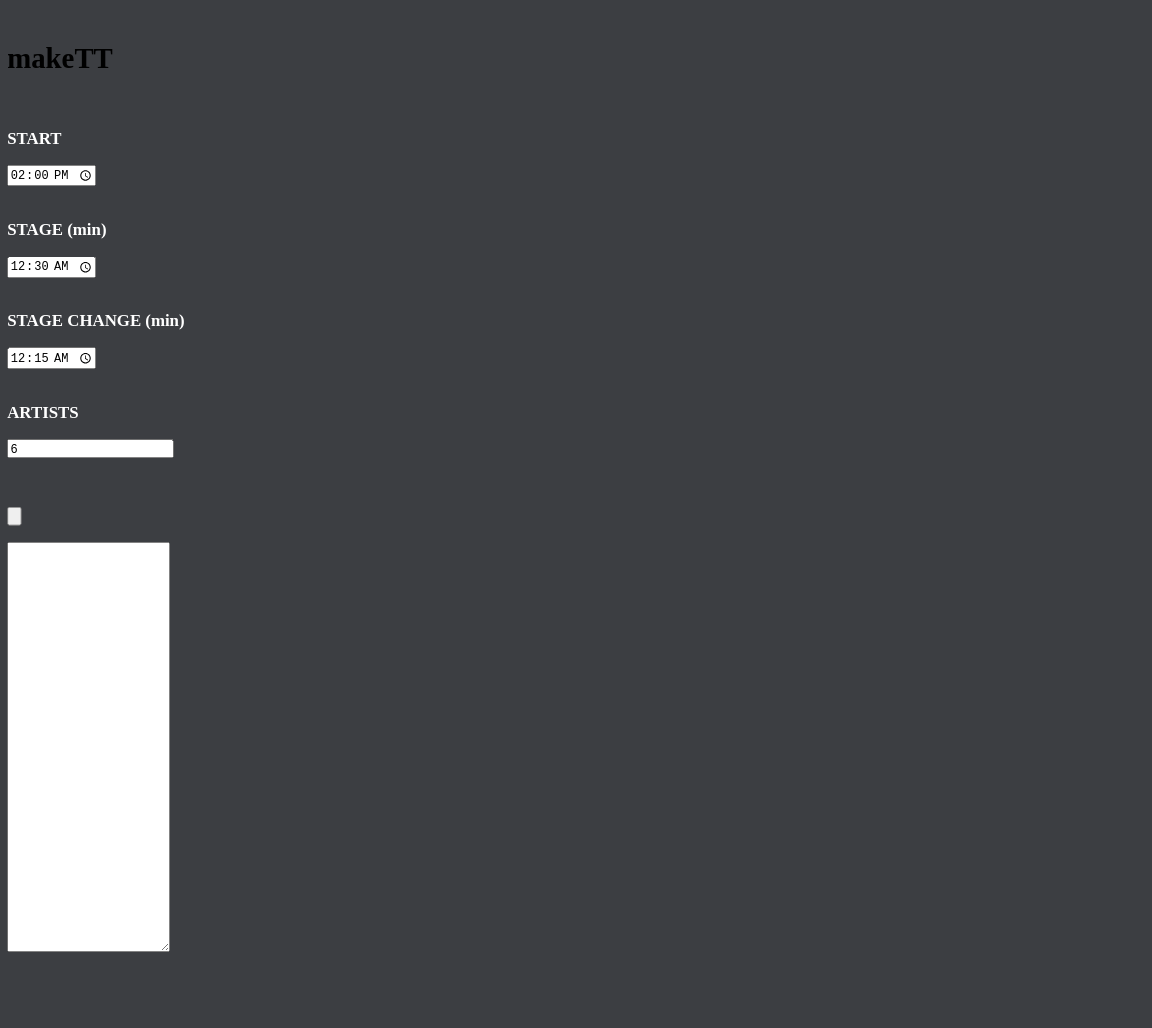
Repository: llll-7/makeTT
Page: index.html
The author's editor kept a record of every edit. The page is drawn from the files as they stood at one moment, then again after the next edit.
The browser window is 1280 px wide. The pictures show the whole page, at 90% of full size.

Above is the page before.

### index.html
<!DOCTYPE html>
<html lang="en">
<head>
    <meta charset="UTF-8">
    <meta name="viewport" content="width=device-width, initial-scale=1.0">
    <meta http-equiv="X-UA-Compatible" content="ie=edge">
    <title>makeTT</title>
    <link rel="stylesheet" href="stylesheet.css">
</head>
<body>
    <div id="wrapper">
        <div id="layout">
            <form name="myform">
                <br>
                <h1 class="makett">makeTT</h1><br>
                <h3 class="white">START</h3>
                <input type="time" id="start" value="14:00"><br><br>
                <h3 class="white">STAGE (min)</h3>
                <input type="time" min="0" id="stage" value="00:30"/><br><br>
                <h3 class="white">STAGE CHANGE (min)</h3>
                <input type="time" min="0" id="change" value="00:15"/><br><br>
                <h3 class="white">ARTISTS</h3>
                <input type="number" min="0" id="artists" value="6"/><br><br><br><br>
                <!--http://web-dsn.com/css/submitbtn_img/-->
                <input type="button" class="button" id="make" value=""></input><br><br>
                <textarea id="tt" rows=30></textarea><br><br><br><br>

            </form>

            <script>

                document.getElementById("make").onclick = function() {

                    const start = document.forms.myform.start.value;
                    const stage = document.forms.myform.stage.value;
                    const change = document.forms.myform.change.value;
                    const artists = document.forms.myform.artists.value;

                    let txt = start + " START\n";
                    for(let i=0; i<artists; i++) {
                        //txt += start+" ~ "+(start + stage*(i+1))+" "+(i+1)+"\n";
                        console.log(start + stage);
                    }

                    document.getElementById("tt").innerHTML = txt;
                };

            </script>

            <br>
        </div>
    </div>
</body>
</html>

### stylesheet.css
@charset "utf-8";

body {
    background-color: #3c3e42;
}

.white {
    color: white;
}

After the next edit:
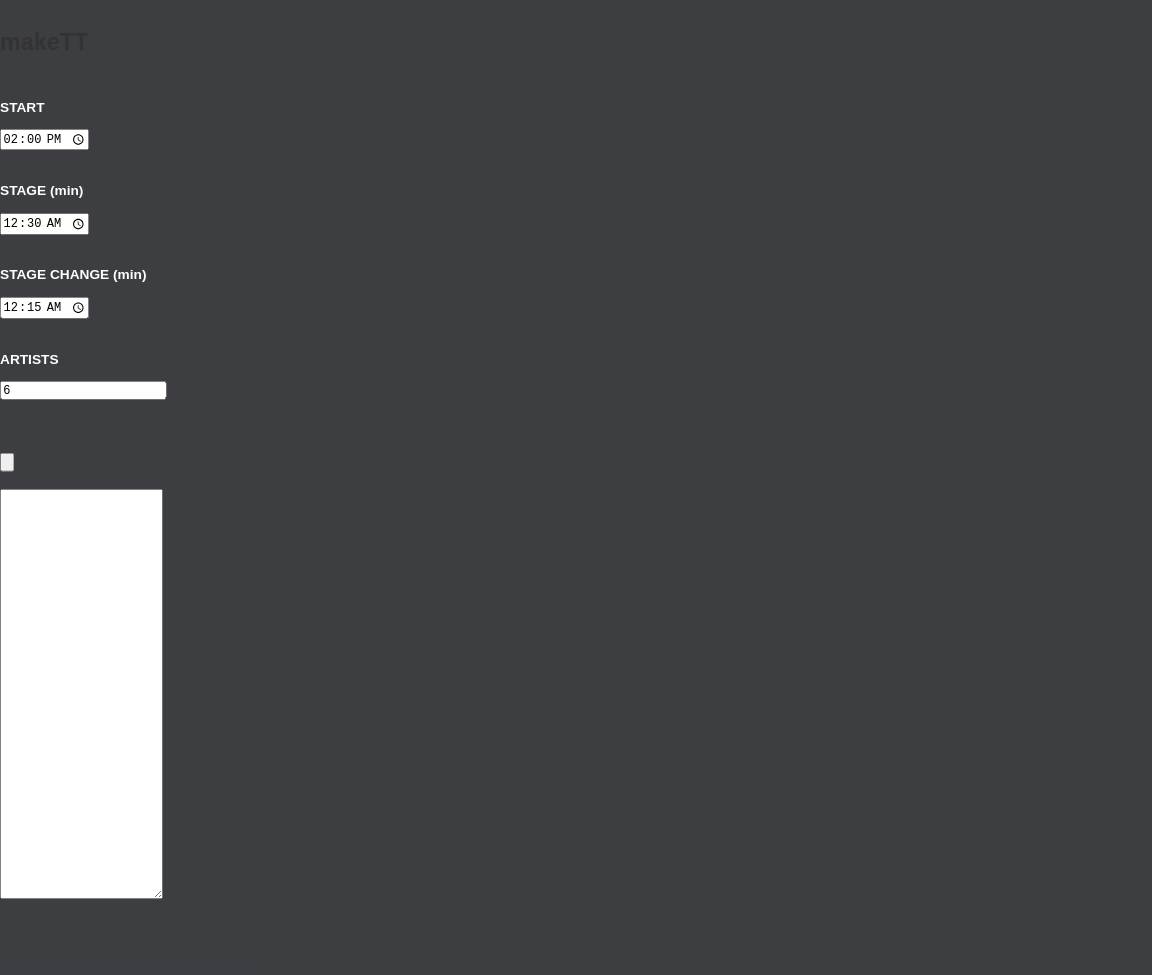
The edit:
--- a/stylesheet.css
+++ b/stylesheet.css
@@ -1,7 +1,21 @@
 @charset "utf-8";
 
 body {
+    margin: 0;
+	padding: 0;
+	font-family: "ヒラギノ角ゴ Pro W3", "Hiragino Kaku Gothic Pro", "メイリオ", Meiryo, Osaka, "ＭＳ Ｐゴシック", "MS PGothic", sans-serif;
+	color: #333;
+	font-size: 13px;
+	line-height: 150%;
     background-color: #3c3e42;
+}
+
+#wrapper {
+	width: 100%;
+	margin: auto;
+	padding: 0px;
+	border: 0px;
+	background-color: #3c3e42;
 }
 
 .white {
